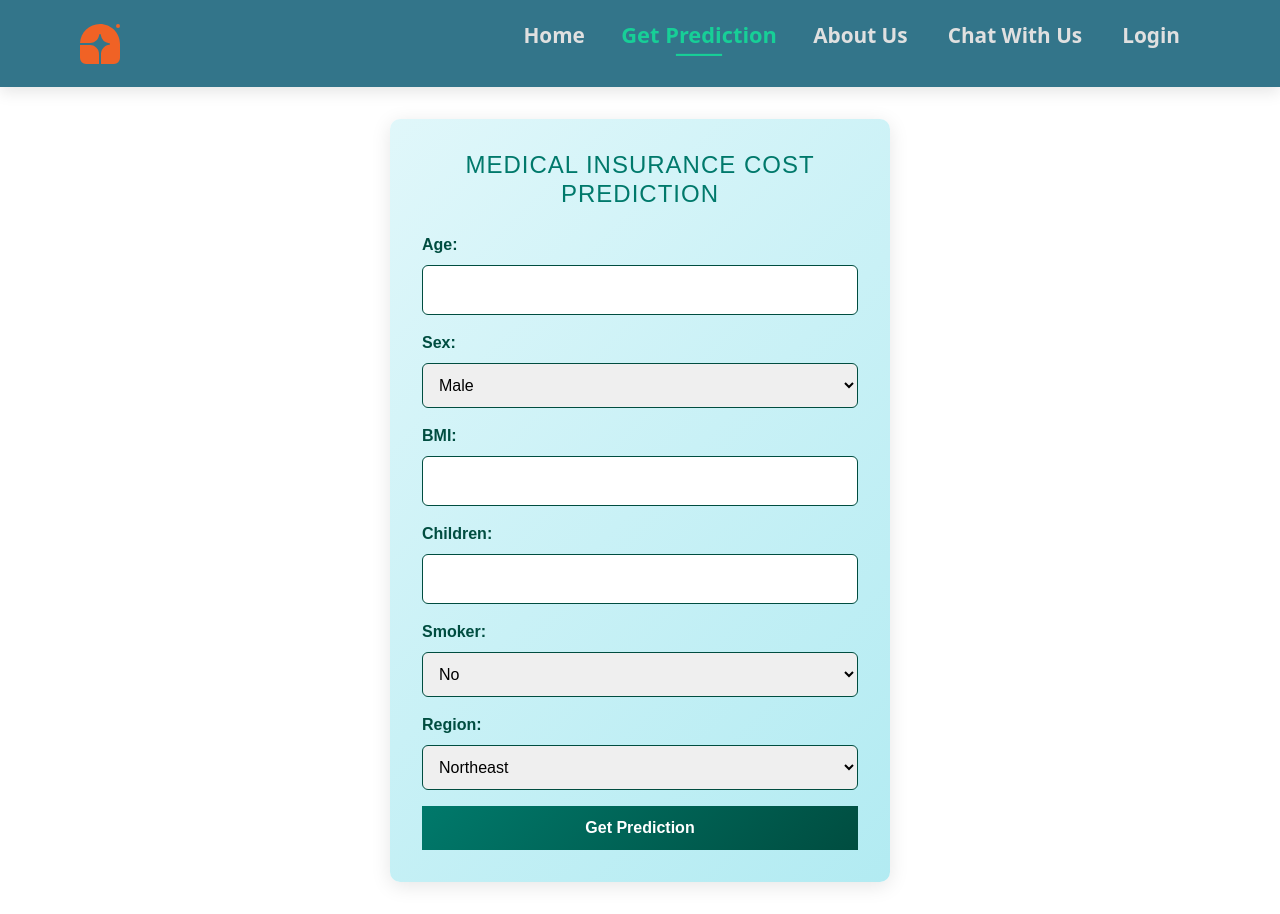
Repository: aabhashbasnet/MedicalInsuranceCostPredictionSystem
Page: /get-prediction (app in frontend/)
These files come from the project's save history. The page is drawn as it stood at one moment and after a run of saves; the edit follows.
The browser window is 1280 px wide. The pictures show the whole page.
The project was rebuilt for these pictures with package versions that can differ from the ones it lists, and the page was loaded fresh each time. Also part of the build but not shown: frontend/src/pages/Home.js, frontend/src/pages/AboutUs.js, frontend/src/pages/Login.js, frontend/src/pages/Signup.js, frontend/src/pages/DetailsPage.css, frontend/src/pages/DetailsPage.js.

Above is the page before, as saved 2025-01-22 19:38:12.

### frontend/public/index.html
<!DOCTYPE html>
<html lang="en">
  <head>
    <meta charset="utf-8" />
    <link rel="icon" href="%PUBLIC_URL%/favicon.ico" />
    <meta name="viewport" content="width=device-width, initial-scale=1" />
    <meta name="theme-color" content="#000000" />
    <meta
      name="description"
      content="Web site created using create-react-app"
    />
    <link rel="apple-touch-icon" href="%PUBLIC_URL%/logo192.png" />
    <!--
      manifest.json provides metadata used when your web app is installed on a
      user's mobile device or desktop. See https://developers.google.com/web/fundamentals/web-app-manifest/
    -->
    <link rel="manifest" href="%PUBLIC_URL%/manifest.json" />
    <!--
      Notice the use of %PUBLIC_URL% in the tags above.
      It will be replaced with the URL of the `public` folder during the build.
      Only files inside the `public` folder can be referenced from the HTML.

      Unlike "/favicon.ico" or "favicon.ico", "%PUBLIC_URL%/favicon.ico" will
      work correctly both with client-side routing and a non-root public URL.
      Learn how to configure a non-root public URL by running `npm run build`.
    -->
    <title>React App</title>
    <link
      rel="stylesheet"
      href="https://cdnjs.cloudflare.com/ajax/libs/font-awesome/6.7.1/css/all.min.css"
      integrity="sha512-5Hs3dF2AEPkpNAR7UiOHba+lRSJNeM2ECkwxUIxC1Q/FLycGTbNapWXB4tP889k5T5Ju8fs4b1P5z/iB4nMfSQ=="
      crossorigin="anonymous"
      referrerpolicy="no-referrer"
    />
  </head>
  <body>
    <noscript>You need to enable JavaScript to run this app.</noscript>
    <div id="root"></div>
    <!--
      This HTML file is a template.
      If you open it directly in the browser, you will see an empty page.

      You can add webfonts, meta tags, or analytics to this file.
      The build step will place the bundled scripts into the <body> tag.

      To begin the development, run `npm start` or `yarn start`.
      To create a production bundle, use `npm run build` or `yarn build`.
    -->
  </body>
</html>

### frontend/src/index.css
*{
  margin: 0;
  padding: 0;
  box-sizing: border-box;
}
body {
  font-family: -apple-system, BlinkMacSystemFont, 'Segoe UI', 'Roboto', 'Oxygen',
    'Ubuntu', 'Cantarell', 'Fira Sans', 'Droid Sans', 'Helvetica Neue',
    sans-serif;
  -webkit-font-smoothing: antialiased;
  -moz-osx-font-smoothing: grayscale;
}

code {
  font-family: source-code-pro, Menlo, Monaco, Consolas, 'Courier New',
    monospace;
}

### frontend/src/App.js
import React from "react";
import { BrowserRouter as Router, Route, Routes } from "react-router-dom";
import Navbar from "./components/Navbar";
import Home from "./pages/Home";
import GetPrediction from "./pages/GetPrediction";
import AboutUs from "./pages/AboutUs";
import Login from "./pages/Login";
import Signup from "./pages/Signup";
import DetailsPage from "./pages/DetailsPage"; // Import the details page component


function App() {
  return (
    <Router>
      <Navbar />
      <Routes>
        <Route path="/" element={<Home />} />
        <Route path="/get-prediction" element={<GetPrediction />} />
        <Route path="/about-us" element={<AboutUs />} />
        <Route path="/login" element={<Login />} />
        <Route path="/signup" element={<Signup />} />

        <Route path="/details" element={<DetailsPage />} /> {/* Route for the details page */}
      </Routes>
    </Router>
  );
}

export default App;

### frontend/src/components/Navbar.js
import { Component } from "react";
import { NavLink } from "react-router-dom";  // Ensure NavLink is imported correctly
import logo from './logo.svg';
import './NavbarStyles.css';

class Navbar extends Component {
    state = { clicked: false };

    handleClick = () => {
        this.setState({ clicked: !this.state.clicked });
    };

    render() {
        return (
            <>
                <nav>
                    {/* Use NavLink for the logo */}
                    <NavLink to="/" exact>
                        <img src={logo} alt="Logo" />
                    </NavLink>

                    <div>
                        <ul id="navbar" className={this.state.clicked ? "#navbar active" : "#navbar"}>
                            <li>
                                <NavLink
                                    exact
                                    to="/"
                                    activeClassName="active"
                                    className="nav-link"
                                >
                                    Home
                                </NavLink>
                            </li>
                            <li>
                                <NavLink
                                    to="/get-prediction"
                                    activeClassName="active"
                                    className="nav-link"
                                >
                                    Get Prediction
                                </NavLink>
                            </li>
                            <li>
                                <NavLink
                                    to="/about-us"
                                    activeClassName="active"
                                    className="nav-link"
                                >
                                    About Us
                                </NavLink>
                            </li>
                            <li>
                                <NavLink
                                    to="/chat-with-us"
                                    activeClassName="active"
                                    className="nav-link"
                                >
                                    Chat With Us
                                </NavLink>
                            </li>
                            <li>
                                <NavLink
                                    to="/login"
                                    activeClassName="active"
                                    className="nav-link"
                                >
                                    Login
                                </NavLink>
                            </li>
                        </ul>
                    </div>

                    <div id="mobile" onClick={this.handleClick}>
                        <i id="bar" className={this.state.clicked ? 'fas fa-times' : 'fas fa-bars'}></i>
                    </div>
                </nav>
            </>
        );
    }
}

export default Navbar;

### frontend/src/pages/GetPrediction.js
import React, { useState } from 'react';
import axios from 'axios';
import { useNavigate } from 'react-router-dom';
import './GetPrediction.css';

const InsuranceForm = () => {
  const [formData, setFormData] = useState({
    age: '',
    sex: 'male',
    bmi: '',
    children: '',
    smoker: 'no',
    region: 'northeast'
  });
  const [result, setResult] = useState(null);
  const [error, setError] = useState(null);
  const [loading, setLoading] = useState(false);
  const navigate = useNavigate();

  const handleChange = (event) => {
    setFormData({
      ...formData,
      [event.target.name]: event.target.value
    });
  };

  const handleViewDetails = () => {
    navigate('/details', { state: { predictionData: formData, result } });
  };

  const handleDownloadReport = () => {
    const reportData = {
      ...formData,
      prediction: result
    };

    axios.post('http://127.0.0.1:8000/api/download-report/', reportData, {
      responseType: 'blob'
    }).then((response) => {
      const url = window.URL.createObjectURL(new Blob([response.data]));
      const link = document.createElement('a');
      link.href = url;
      link.setAttribute('download', 'insurance_report.pdf');
      document.body.appendChild(link);
      link.click();
    }).catch((error) => {
      console.error('Error downloading the report:', error);
    });
  };

  const handleSubmit = async (event) => {
    event.preventDefault();
    setError(null);
    setLoading(true);

    if (!formData.age || !formData.bmi || !formData.children) {
      setError('Please fill in all required fields.');
      setLoading(false);
      return;
    }

    const formattedData = {
      age: Number(formData.age),
      sex: formData.sex === 'male' ? 0 : 1,
      bmi: parseFloat(formData.bmi),
      children: Number(formData.children),
      smoker: formData.smoker === 'no' ? 1 : 0,
      region: (() => {
        switch (formData.region) {
          case 'northeast': return 0;
          case 'southeast': return 1;
          case 'southwest': return 2;
          case 'northwest': return 3;
          default: return -1;
        }
      })()
    };

    try {
      const response = await axios.post('http://127.0.0.1:8000/api/predict/', formattedData);
      if (response.status === 200) {
        setResult(response.data.prediction.toFixed(2));
      } else {
        throw new Error('An error occurred while fetching the prediction.');
      }
    } catch (error) {
      console.error('Error:', error);
      setError('An error occurred. Please try again later.');
    } finally {
      setLoading(false);
    }
  };

  return (
    <div className="insurance-form-container">
      <h2>Medical Insurance Cost Prediction</h2>
      <form onSubmit={handleSubmit}>
        <div>
          <label>Age:</label>
          <input type="number" name="age" value={formData.age} onChange={handleChange} />
        </div>
        <div>
          <label>Sex:</label>
          <select name="sex" value={formData.sex} onChange={handleChange}>
            <option value="male">Male</option>
            <option value="female">Female</option>
          </select>
        </div>
        <div>
          <label>BMI:</label>
          <input type="number" name="bmi" value={formData.bmi} onChange={handleChange} />
        </div>
        <div>
          <label>Children:</label>
          <input type="number" name="children" value={formData.children} onChange={handleChange} />
        </div>
        <div>
          <label>Smoker:</label>
          <select name="smoker" value={formData.smoker} onChange={handleChange}>
            <option value="no">No</option>
            <option value="yes">Yes</option>
          </select>
        </div>
        <div>
          <label>Region:</label>
          <select name="region" value={formData.region} onChange={handleChange}>
            <option value="northeast">Northeast</option>
            <option value="southeast">Southeast</option>
            <option value="southwest">Southwest</option>
            <option value="northwest">Northwest</option>
          </select>
        </div>
        <button type="submit" disabled={loading}>
          {loading ? 'Loading...' : 'Get Prediction'}
        </button>
      </form>

      {error && <p className="error">{error}</p>}
      {result && (
        <>
          <p>Predicted Insurance Cost: ${result}</p>
          <button className="view-details-btn" onClick={handleViewDetails}>
            View Details
          </button>
          <button className="download-report-btn" onClick={handleDownloadReport}>
            Download Report
          </button>
        </>
      )}
    </div>
  );
};

export default InsuranceForm;

### frontend/src/components/NavbarStyles.css
nav {
    display: flex;
    align-items: center;
    justify-content: space-between;
    background-color: #33758a; /* Soft blackish tone */
    padding: 20px 80px;
    box-shadow: 0px 5px 15px rgba(0, 0, 0, 0.1); /* Subtle shadow */
}

#navbar {
    display: flex;
    align-items: center;
    justify-content: center;
}

#navbar li {
    list-style: none;
    padding: 0 20px;
    position: relative;
}

#navbar li a {
    text-decoration: none;
    font-size: 1.3rem;
    font-weight: 600;
    color: #e0e0e0; /* Light gray text */
    transition: color 0.3s ease-in-out, transform 0.2s ease-in-out;
}

#navbar li a:hover,
#navbar li a.active {
    color: #17cf97; /* Vibrant green */
    transform: scale(1.05); /* Slight zoom on hover */
}

#navbar li a:hover::after,
#navbar li a.active::after {
    content: "";
    width: 30%;
    height: 2px;
    background-color: #17cf97; /* Vibrant green */
    position: absolute;
    bottom: -4px;
    left: 35%; /* Centered underline */
    transition: width 0.3s ease-in-out;
}

#mobile i {
    color: #e0e0e0; /* Light gray */
}

#mobile {
    display: none;
}

/* Responsive Navigation */
@media screen and (max-width: 769px) {
    #navbar {
        display: flex;
        flex-direction: column;
        align-items: flex-start;
        justify-content: flex-start;
        position: fixed;
        top: 84px;
        right: -300px;
        width: 300px;
        height: 100vh;
        background-color: #3a3a3a; /* Darker gray */
        box-shadow: 0 40px 60px rgba(0, 0, 0, 0.1); /* Subtle shadow */
        padding: 40px 10px 0 20px;
        transition: right 0.3s ease-in-out;
    }

    #navbar.active {
        right: 0px;
    }

    #navbar li {
        margin-bottom: 25px;
    }

    #mobile i {
        font-size: 24px;
        cursor: pointer;
    }

    #mobile {
        display: block;
    }
}

### frontend/src/pages/Home.css
/* HomeStyles.css */
body {
    margin: 0;
    font-family: 'Arial', sans-serif;
    color: #333;
}

.home-container {
    width: 100%;
    margin: 0 auto;
    overflow: hidden;
}

/* Hero Section */
.hero-section {
    background: linear-gradient(135deg, #84c5fc, #d9e4fd);
    color: white;
    padding: 60px 20px;
    text-align: center;
}

.hero-section h1 {
    font-size: 3rem;
    margin-bottom: 20px;
}

.hero-section p {
    font-size: 1.2rem;
    margin-bottom: 30px;
}

.btn-primary {
    background-color: #ffc107;
    color: #333;
    padding: 15px 30px;
    border-radius: 5px;
    text-decoration: none;
    font-weight: bold;
    transition: background-color 0.3s;
}

.btn-primary:hover {
    background-color: #ff9800;
}

/* Features Section */
.features-section {
    background-color: #f4f4f9;
    padding: 50px 20px;
    text-align: center;
}

.features-section h2 {
    margin-bottom: 30px;
    font-size: 2.5rem;
    color: #007bff;
}

.features-container {
    display: flex;
    flex-wrap: wrap;
    gap: 20px;
    justify-content: center;
}

.feature-card {
    background: white;
    border-radius: 10px;
    box-shadow: 0 4px 8px rgba(0, 0, 0, 0.1);
    padding: 20px;
    width: 250px;
    text-align: center;
}

.feature-icon {
    font-size: 2.5rem;
    color: #007bff;
    margin-bottom: 15px;
}

.feature-card h3 {
    margin-bottom: 10px;
    color: #333;
}

/* Steps Section */
.steps-section {
    padding: 50px 20px;
    text-align: center;
    background: #e3f2fd;
}

.steps-container {
    display: flex;
    justify-content: center;
    gap: 20px;
}

.step {
    background: white;
    border-radius: 10px;
    box-shadow: 0 4px 8px rgba(0, 0, 0, 0.1);
    padding: 20px;
    width: 200px;
}

.step-number {
    display: inline-block;
    width: 40px;
    height: 40px;
    line-height: 40px;
    background: #007bff;
    color: white;
    font-size: 1.5rem;
    border-radius: 50%;
    margin-bottom: 15px;
}

/* Call-to-Action */
.cta-section {
    background: linear-gradient(135deg, #84c5fc, #d9e4fd); /* Light blue gradient */
    color: white;
    text-align: center;
    padding: 50px 20px;
}

.cta-section p {
    margin-bottom: 20px;
}

.cta-section .btn-primary {
    background-color: #ffc107;
    color: #333;
}

/* Footer */
.home-footer {
    text-align: center;
    padding: 20px;
    background: #f4f4f9;
    color: #666;
    font-size: 0.9rem;
}

### frontend/src/pages/GetPrediction.css
.insurance-form-container {
    display: flex;
    flex-direction: column;
    align-items: center;
    padding: 2rem;
    border-radius: 10px;
    box-shadow: 0 4px 20px rgba(0, 0, 0, 0.1);
    margin: 2rem auto;
    max-width: 500px;
    background: linear-gradient(135deg, #e0f7fa, #b2ebf2);
    color: #333;
    font-family: 'Arial', sans-serif;
}

.insurance-form-container h2 {
    font-size: 1.5rem;
    text-align: center;
    overflow: hidden;
    margin-bottom: 1.5rem;
    color: #00796b;
    text-transform: uppercase;
    letter-spacing: 1px;
}

form {
    display: flex;
    flex-direction: column;
    width: 100%;
    gap: 1rem;
}

form div {
    display: flex;
    flex-direction: column;
}

form label {
    margin-bottom: 0.5rem;
    font-weight: bold;
    color: #004d40;
}

form input,
form select {
    padding: 0.75rem;
    border: 1px solid #004d40;
    border-radius: 6px;
    flex: 1;
    outline: none;
    font-size: 1rem;
    transition: border-color 0.3s;
}

form input:focus,
form select:focus {
    border-color: #00796b;
}

.error {
    color: #d32f2f;
    font-weight: bold;
    margin-top: 1rem;
}

button {
    background: linear-gradient(135deg, #00796b, #004d40);
    border: none;
    color: white;
    padding: 10px 20px;
    text-align: center;
    text-decoration: none;
    font-size: 16px;
    font-weight: bold;
    margin-top: 1rem;
    cursor: pointer;
    border-radius: 6px;
    transition: all 0.3s ease-in-out;
}

button:hover {
    background: linear-gradient(135deg, #004d40, #00796b);
    transform: translateY(-2px);
    box-shadow: 0 4px 10px rgba(0, 0, 0, 0.2);
}

button:disabled {
    opacity: 0.6;
    cursor: not-allowed;
    background: linear-gradient(135deg, #b2dfdb, #80cbc4);
}

.prediction-result {
    margin-top: 1.5rem;
    border: 1px solid #004d40;
    background: #e0f7fa;
    padding: 1.5rem;
    border-radius: 8px;
    box-shadow: 0 4px 10px rgba(0, 0, 0, 0.1);
    text-align: center;
}

.prediction-result h3 {
    color: #004d40;
    font-size: 1.5rem;
    margin-bottom: 0.5rem;
}

.prediction-result p {
    font-size: 1.25rem;
    font-weight: bold;
    color: #00796b;
}
.download-report-btn {
    background-color: #4CAF50;
    color: white;
    border: none;
    padding: 10px 20px;
    text-align: center;
    text-decoration: none;
    display: inline-block;
    font-size: 16px;
    cursor: pointer;
    border-radius: 5px;
    transition: background-color 0.3s ease;
    margin-top: 10px; /* Adds space between the buttons */
  }

  .download-report-btn:hover {
    background-color: #45a049;
  }

  .download-report-btn:disabled {
    background-color: #d3d3d3;
    cursor: not-allowed;
  }

### frontend/src/pages/AboutUs.css
.about-us-container {
    padding: 60px 20px;
    background: linear-gradient(135deg, #f9f9f9, #e4efff); /* Light gradient background */
    display: flex;
    flex-direction: column;
    align-items: center;
    box-shadow: 0 5px 15px rgba(0, 0, 0, 0.1);
    border-radius: 15px;
}

.about-header {
    text-align: center;
    margin-bottom: 50px;
}

.about-header h1 {
    font-size: 3rem;
    font-weight: bold;
    color: #2c3e50;
    text-transform: uppercase;
    letter-spacing: 2px;
    margin-bottom: 20px;
}

.about-header p {
    font-size: 1.3rem;
    color: #7f8c8d;
    line-height: 1.8;
    max-width: 800px;
    margin: 0 auto;
}

.about-content {
    width: 80%;
    max-width: 1200px;
    margin: 0 auto;
}

.about-section,
.team-section,
.contact-section {
    margin-bottom: 50px;
}

h2 {
    font-size: 2.5rem;
    color: #2980b9; /* Accent blue */
    margin-bottom: 20px;
    text-transform: uppercase;
    font-weight: 600;
    letter-spacing: 1px;
}

p {
    font-size: 1.2rem;
    color: #34495e;
    line-height: 1.8;
    margin-bottom: 30px;
}

.team-members {
    display: flex;
    justify-content: space-between;
    gap: 30px;
    flex-wrap: wrap;
}

.team-member {
    width: 30%;
    text-align: center;
    padding: 30px;
    background: #ffffff;
    border-radius: 15px;
    box-shadow: 0 10px 20px rgba(0, 0, 0, 0.1);
    transition: transform 0.3s ease, box-shadow 0.3s ease;
}

.team-member:hover {
    transform: translateY(-10px);
    box-shadow: 0 20px 30px rgba(0, 0, 0, 0.15);
}

.team-member img {
    width: 180px;
    height: 180px;
    border-radius: 50%;
    object-fit: cover;
    margin-bottom: 20px;
    border: 5px solid #2980b9; /* Accent border */
    transition: transform 0.3s ease;
}

.team-member img:hover {
    transform: scale(1.1);
}

.team-member h3 {
    font-size: 1.5rem;
    color: #2c3e50;
    font-weight: 600;
    margin-bottom: 10px;
}

.team-member p {
    font-size: 1.1rem;
    color: #7f8c8d;
}

.contact-section {
    background-color: #f1f1f1;
    padding: 40px;
    border-radius: 15px;
    box-shadow: 0 5px 10px rgba(0, 0, 0, 0.1);
}

.contact-section h3 {
    font-size: 2rem;
    color: #2980b9;
    margin-bottom: 20px;
}

.contact-section ul {
    list-style-type: none;
    padding: 0;
}

.contact-section li {
    font-size: 1.2rem;
    color: #34495e;
    margin-bottom: 15px;
}

@media (max-width: 768px) {
    .team-member {
        width: 100%;
        margin-bottom: 20px;
    }

    .about-header h1 {
        font-size: 2.5rem;
    }

    .about-content {
        width: 100%;
        padding: 0 20px;
    }

    .contact-section {
        padding: 30px;
    }
}

Loaded but not shown: frontend/src/index.js (common file); frontend/src/reportWebVitals.js (common file)

After the next 2 saves:
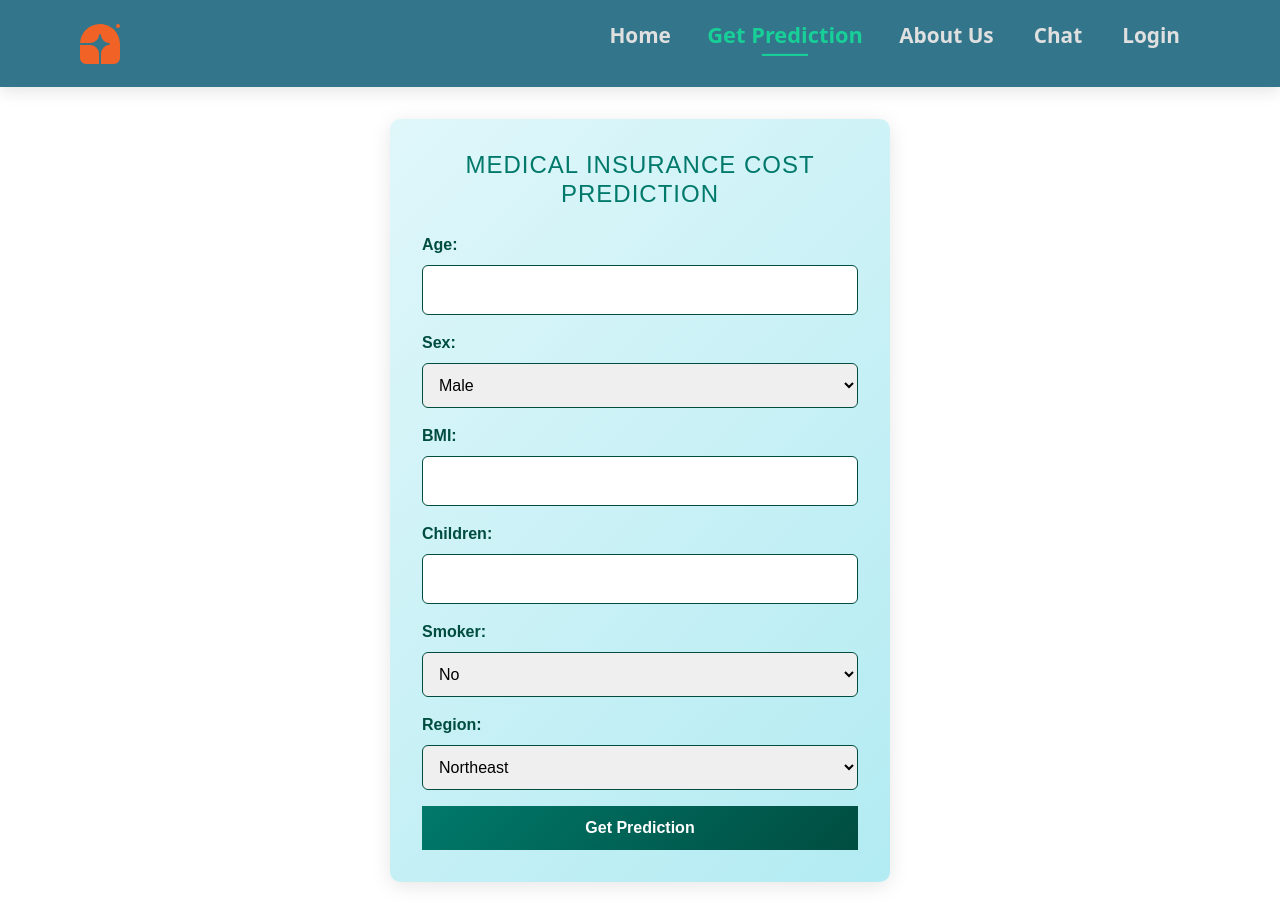
The 2 saves are shown as one change because they came seconds apart.
The last was saved 4 min 44 s later.
--- a/frontend/src/components/Navbar.js
+++ b/frontend/src/components/Navbar.js
@@ -55,7 +55,7 @@ class Navbar extends Component {
                                     activeClassName="active"
                                     className="nav-link"
                                 >
-                                    Chat With Us
+                                    Chat
                                 </NavLink>
                             </li>
                             <li>
